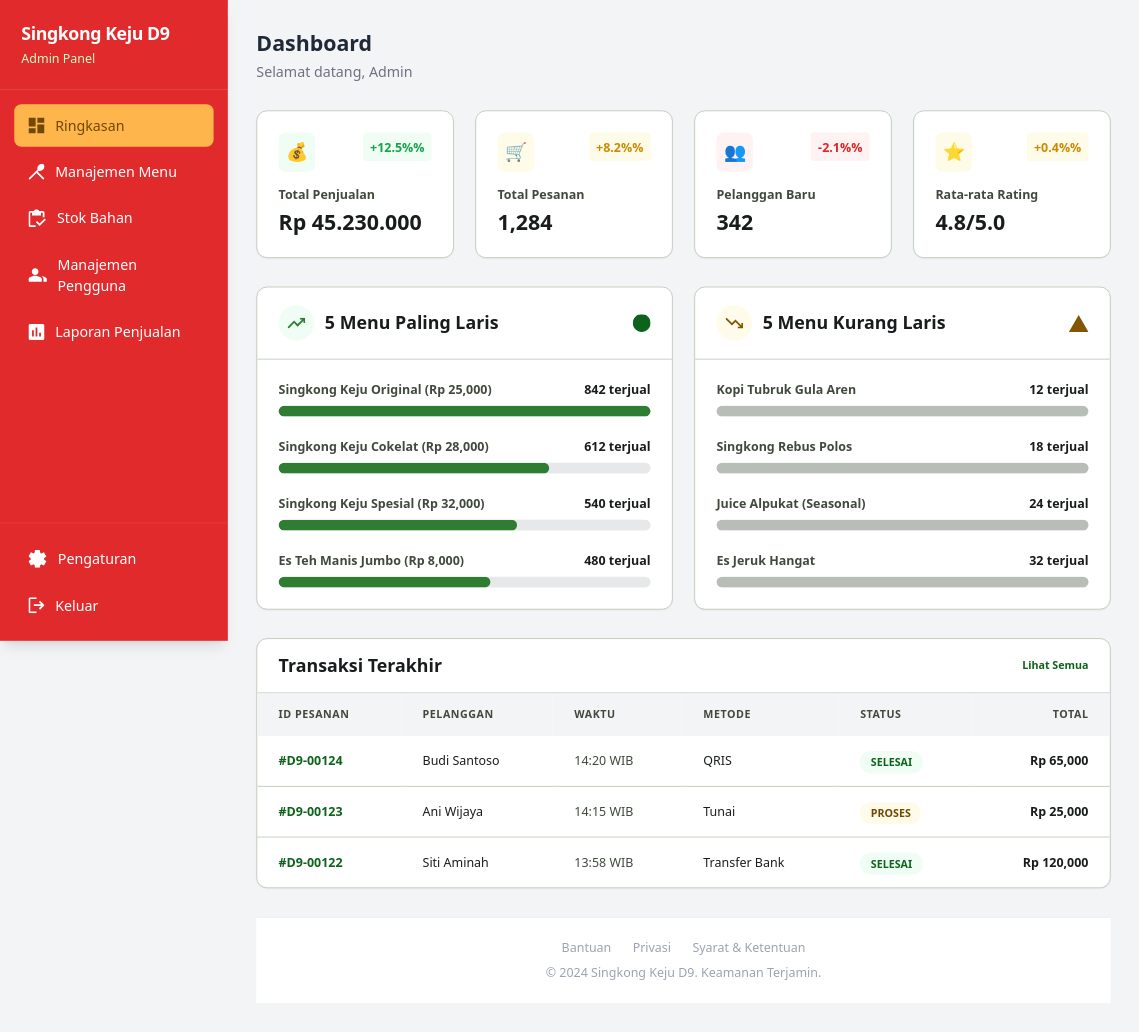
Repository: Warfail/restoran-frontend
Page: /admin
These files come from the project's save history. The page is drawn as it stood at one moment and after a run of saves; the edit follows.
The browser window is 1280 px wide. The pictures show the whole page, at 89% of full size.
The project was rebuilt for these pictures with package versions that can differ from the ones it lists, and the page was loaded fresh each time. Also part of the build but not shown: vite.config.js, src/pages/LoginPage.jsx, src/pages/SalesReportPage.jsx, src/pages/UserListPage.jsx, src/pages/UserManagementpage.jsx.

Above is the page before, as saved 2026-06-15 19:04:45.

### index.html
<!doctype html>
<html lang="en">
  <head>
    <meta charset="UTF-8" />
    <link rel="icon" type="image/svg+xml" href="/favicon.svg" />
    <meta name="viewport" content="width=device-width, initial-scale=1.0" />
    <title>restorant-frontend-update</title>
  </head>
  <body>
    <div id="root"></div>
    <script type="module" src="/src/main.jsx"></script>
  </body>
</html>

### src/App.jsx
import { BrowserRouter, Routes, Route, Navigate } from "react-router-dom";
import LoginPage from "./pages/LoginPage";
import AdminDashboard from "./pages/AdminDashboard";
import SalesReportPage from "./pages/SalesReportPage";
import UserListPage from "./pages/UserListPage";
import UserManagementPage from "./pages/UserManagementPage";

function App() {
  return (
    <BrowserRouter>
      <Routes>
        <Route path="/login" element={<LoginPage />} />
        <Route path="/admin" element={<AdminDashboard />} />
        <Route path="/reports" element={<SalesReportPage />} />
        <Route path="/users" element={<UserListPage />} />
        <Route path="/users/add" element={<UserManagementPage />} />
        <Route path="/" element={<Navigate to="/login" />} />
      </Routes>
    </BrowserRouter>
  );
}

export default App;

### src/pages/AdminDashboard.jsx
import { useState, useEffect } from "react";
import { useNavigate } from "react-router-dom";
import Sidebar from "../components/admin/Sidebar";
import StatsCard from "../components/admin/StatsCard";
import TopMenuList from "../components/admin/TopMenuList";
import BottomMenuList from "../components/admin/BottomMenuList";
import RecentOrdersTable from "../components/admin/RecentOrdersTable";
import Footer from "../components/admin/Footer";

export default function AdminDashboard() {
  const navigate = useNavigate();
  const [loading, setLoading] = useState(true);
  const [stats, setStats] = useState([]);
  const [topMenus, setTopMenus] = useState([]);
  const [bottomMenus, setBottomMenus] = useState([]);
  const [recentOrders, setRecentOrders] = useState([]);

  useEffect(() => {
    setTimeout(() => {
      setStats([
        { title: "Total Penjualan", value: "Rp 45.230.000", icon: "💰", growth: "+12.5%", bgColor: "bg-green-50", iconColor: "text-green-600" },
        { title: "Total Pesanan", value: "1,284", icon: "🛒", growth: "+8.2%", bgColor: "bg-yellow-50", iconColor: "text-yellow-600" },
        { title: "Pelanggan Baru", value: "342", icon: "👥", growth: "-2.1%", bgColor: "bg-red-50", iconColor: "text-red-600" },
        { title: "Rata-rata Rating", value: "4.8/5.0", icon: "⭐", growth: "+0.4%", bgColor: "bg-yellow-50", iconColor: "text-yellow-600" }
      ]);

      setTopMenus([
        { name: "Singkong Keju Original", price: 25000, sold: 842 },
        { name: "Singkong Keju Cokelat", price: 28000, sold: 612 },
        { name: "Singkong Keju Spesial", price: 32000, sold: 540 },
        { name: "Es Teh Manis Jumbo", price: 8000, sold: 480 }
      ]);

      setBottomMenus([
        { name: "Kopi Tubruk Gula Aren", sold: 12 },
        { name: "Singkong Rebus Polos", sold: 18 },
        { name: "Juice Alpukat (Seasonal)", sold: 24 },
        { name: "Es Jeruk Hangat", sold: 32 }
      ]);

      setRecentOrders([
        { id: "#D9-00124", customer: "Budi Santoso", time: "14:20 WIB", method: "QRIS", status: "SELESAI", total: 65000 },
        { id: "#D9-00123", customer: "Ani Wijaya", time: "14:15 WIB", method: "Tunai", status: "PROSES", total: 25000 },
        { id: "#D9-00122", customer: "Siti Aminah", time: "13:58 WIB", method: "Transfer Bank", status: "SELESAI", total: 120000 }
      ]);

      setLoading(false);
    }, 500);
  }, []);

  if (loading) {
    return (
      <div className="min-h-screen flex items-center justify-center bg-gray-100">
        <div className="text-center">
          <div className="w-16 h-16 border-4 border-orange-500 border-t-transparent rounded-full animate-spin mx-auto mb-4"></div>
          <p className="text-gray-600">Loading dashboard...</p>
        </div>
      </div>
    );
  }

  return (
    <div className="min-h-screen bg-gray-100">
      <Sidebar />
      <main className="ml-64 p-8">
        <div className="mb-8">
          <h1 className="text-2xl font-bold text-gray-800">Dashboard</h1>
          <p className="text-gray-500 mt-1">Selamat datang, Admin</p>
        </div>

        <div className="grid grid-cols-1 md:grid-cols-2 lg:grid-cols-4 gap-6 mb-8">
          {stats.map((stat, idx) => (
            <StatsCard key={idx} {...stat} />
          ))}
        </div>

        <div className="grid grid-cols-1 lg:grid-cols-2 gap-6 mb-8">
          <TopMenuList menus={topMenus} />
          <BottomMenuList menus={bottomMenus} />
        </div>

        <RecentOrdersTable orders={recentOrders} />
        <Footer />
      </main>
    </div>
  );
}

### src/components/admin/Sidebar.jsx
import { useNavigate } from "react-router-dom";

export default function Sidebar() {
  const navigate = useNavigate();

  const handleLogout = () => {
    localStorage.removeItem("token");
    localStorage.removeItem("role");
    navigate("/login");
  };

  return (
    <aside className="fixed left-0 top-0 w-64 h-full bg-[#E12A2C] shadow-lg z-10">
      <div className="p-6 border-b border-white/10">
        <h2 className="text-xl font-extrabold text-white tracking-tight">Singkong Keju D9</h2>
        <p className="text-[#CBFFC2] text-sm mt-1 font-koulen">Admin Panel</p>
      </div>

      <nav className="p-4 space-y-1">
        <a href="#" className="flex items-center gap-3 px-4 py-3 bg-[#FEB64C] text-[#704800] rounded-lg font-medium">
          <svg width="18" height="18" viewBox="0 0 18 18" fill="none">
            <path d="M10 6V0H18V6H10ZM0 10V0H8V10H0ZM10 18V8H18V18H10ZM0 18V12H8V18H0Z" fill="#704800"/>
          </svg>
          Ringkasan
        </a>

        <a href="#" className="flex items-center gap-3 px-4 py-3 text-white hover:bg-white/10 rounded-lg transition">
          <svg width="18" height="18" viewBox="0 0 18 18" fill="white">
            <path d="M1.4 18L0 16.6L10.25 6.35C9.95 5.65 9.90833 4.85833 10.125 3.975C10.3417 3.09167 10.8167 2.3 11.55 1.6C12.4333 0.716667 13.4167 0.2 14.5 0.05C15.5833 -0.1 16.4667 0.166667 17.15 0.85C17.8333 1.53333 18.1 2.41667 17.95 3.5C17.8 4.58333 17.2833 5.56667 16.4 6.45C15.7 7.18333 14.9083 7.65833 14.025 7.875C13.1417 8.09167 12.35 8.05 11.65 7.75L10.4 9L18 16.6L16.6 18L9 10.45L1.4 18Z"/>
          </svg>
          Manajemen Menu
        </a>

        <a href="#" className="flex items-center gap-3 px-4 py-3 text-white hover:bg-white/10 rounded-lg transition">
          <svg width="20" height="20" viewBox="0 0 20 20" fill="white">
            <path d="M12.5 18.925L8.25 14.675L9.65 13.275L12.5 16.125L18.15 10.475L19.55 11.875L12.5 18.925Z"/>
            <path d="M18 9H16V4H14V7H4V4H2V18H8V20H2C1.45 20 0.979167 19.8042 0.5875 19.4125C0.195833 19.0208 0 18.55 0 18V4C0 3.45 0.195833 2.97917 0.5875 2.5875C0.979167 2.19583 1.45 2 2 2H6.175C6.35833 1.41667 6.71667 0.9375 7.25 0.5625C7.78333 0.1875 8.36667 0 9 0C9.66667 0 10.2625 0.1875 10.7875 0.5625C11.3125 0.9375 11.6667 1.41667 11.85 2H16C16.55 2 17.0208 2.19583 17.4125 2.5875C17.8042 2.97917 18 3.45 18 4V9Z"/>
          </svg>
          Stok Bahan
        </a>

        <a href="#" className="flex items-center gap-3 px-4 py-3 text-white hover:bg-white/10 rounded-lg transition">
          <svg width="22" height="16" viewBox="0 0 22 16" fill="white">
            <path d="M0 16V13.2C0 12.6333 0.145833 12.1125 0.4375 11.6375C0.729167 11.1625 1.11667 10.8 1.6 10.55C2.63333 10.0333 3.68333 9.64583 4.75 9.3875C5.81667 9.12917 6.9 9 8 9C9.1 9 10.1833 9.12917 11.25 9.3875C12.3167 9.64583 13.3667 10.0333 14.4 10.55C14.8833 10.8 15.2708 11.1625 15.5625 11.6375C15.8542 12.1125 16 12.6333 16 13.2V16H0Z"/>
            <path d="M18 16V13C18 12.2667 17.7958 11.5625 17.3875 10.8875C16.9792 10.2125 16.4 9.63333 15.65 9.15C16.5 9.25 17.3 9.42083 18.05 9.6625C18.8 9.90417 19.5 10.2 20.15 10.55C20.75 10.8833 21.2083 11.2542 21.525 11.6625C21.8417 12.0708 22 12.5167 22 13V16H18Z"/>
            <path d="M8 8C6.9 8 5.95833 7.60833 5.175 6.825C4.39167 6.04167 4 5.1 4 4C4 2.9 4.39167 1.95833 5.175 1.175C5.95833 0.391667 6.9 0 8 0C9.1 0 10.0417 0.391667 10.825 1.175C11.6083 1.95833 12 2.9 12 4C12 5.1 11.6083 6.04167 10.825 6.825C10.0417 7.60833 9.1 8 8 8Z"/>
          </svg>
          Manajemen Pengguna
        </a>

        <a href="#" className="flex items-center gap-3 px-4 py-3 text-white hover:bg-white/10 rounded-lg transition">
          <svg width="18" height="18" viewBox="0 0 18 18" fill="white">
            <path d="M4 14H6V7H4V14ZM8 14H10V4H8V14ZM12 14H14V10H12V14ZM2 18C1.45 18 0.979167 17.8042 0.5875 17.4125C0.195833 17.0208 0 16.55 0 16V2C0 1.45 0.195833 0.979167 0.5875 0.5875C0.979167 0.195833 1.45 0 2 0H16C16.55 0 17.0208 0.195833 17.4125 0.5875C17.8042 0.979167 18 1.45 18 2V16C18 16.55 17.8042 17.0208 17.4125 17.4125C17.0208 17.8042 16.55 18 16 18H2Z"/>
          </svg>
          Laporan Penjualan
        </a>
      </nav>

      <div className="absolute bottom-0 left-0 right-0 p-4 border-t border-white/10">
        <button className="flex items-center gap-3 px-4 py-3 text-white hover:bg-white/10 rounded-lg w-full transition">
          <svg width="21" height="20" viewBox="0 0 21 20" fill="white">
            <path d="M7.3 20L6.9 16.8C6.68333 16.7167 6.47917 16.6167 6.2875 16.5C6.09583 16.3833 5.90833 16.2583 5.725 16.125L2.75 17.375L0 12.625L2.575 10.675C2.55833 10.5583 2.55 10.4458 2.55 10.3375C2.55 10.2292 2.55 10.1167 2.55 10C2.55 9.88333 2.55 9.77083 2.55 9.6625C2.55 9.55417 2.55833 9.44167 2.575 9.325L0 7.375L2.75 2.625L5.725 3.875C5.90833 3.74167 6.1 3.61667 6.3 3.5C6.5 3.38333 6.7 3.28333 6.9 3.2L7.3 0H12.8L13.2 3.2C13.4167 3.28333 13.6208 3.38333 13.8125 3.5C14.0042 3.61667 14.1917 3.74167 14.375 3.875L17.35 2.625L20.1 7.375L17.525 9.325C17.5417 9.44167 17.55 9.55417 17.55 9.6625C17.55 9.77083 17.55 9.88333 17.55 10C17.55 10.1167 17.55 10.2292 17.55 10.3375C17.55 10.4458 17.5333 10.5583 17.5 10.675L20.075 12.625L17.325 17.375L14.375 16.125C14.1917 16.2583 14 16.3833 13.8 16.5C13.6 16.6167 13.4 16.7167 13.2 16.8L12.8 20H7.3Z"/>
          </svg>
          Pengaturan
        </button>

        <button
          onClick={handleLogout}
          className="flex items-center gap-3 px-4 py-3 text-white hover:bg-white/10 rounded-lg w-full mt-1 transition"
        >
          <svg width="18" height="18" viewBox="0 0 18 18" fill="white">
            <path d="M2 18C1.45 18 0.979167 17.8042 0.5875 17.4125C0.195833 17.0208 0 16.55 0 16V2C0 1.45 0.195833 0.979167 0.5875 0.5875C0.979167 0.195833 1.45 0 2 0H9V2H2V16H9V18H2ZM13 14L11.625 12.55L14.175 10H6V8H14.175L11.625 5.45L13 4L18 9L13 14Z"/>
          </svg>
          Keluar
        </button>
      </div>
    </aside>
  );
}

### src/components/admin/StatsCard.jsx
export default function StatsCard({ title, value, icon, growth, bgColor, iconColor }) {
  const isPositive = growth >= 0;

  return (
    <div className="bg-white p-6 rounded-xl border border-[#BFCABA] shadow-sm">
      <div className="flex justify-between items-start">
        <div className={`p-2 rounded-lg ${bgColor}`}>
          <span className="text-xl">{icon}</span>
        </div>
        <div className={`px-2 py-1 rounded ${bgColor}`}>
          <span className={`text-sm font-bold ${iconColor}`}>
            {isPositive ? "+" : ""}{growth}%
          </span>
        </div>
      </div>
      <div className="mt-4">
        <p className="text-[#40493D] text-sm font-semibold">{title}</p>
        <p className="text-[#191C1D] text-2xl font-bold mt-1">{value}</p>
      </div>
    </div>
  );
}

### src/components/admin/TopMenuList.jsx
export default function TopMenuList({ menus }) {
  return (
    <div className="bg-white rounded-xl border border-[#BFCABA] shadow-sm overflow-hidden">
      <div className="px-6 py-5 border-b border-[#BFCABA] flex justify-between items-center">
        <div className="flex items-center gap-3">
          <div className="w-10 h-10 rounded-full bg-green-50 flex items-center justify-center">
            <svg width="20" height="12" viewBox="0 0 20 12" fill="none">
              <path d="M1.4 12L0 10.6L7.4 3.15L11.4 7.15L16.6 2H14V0H20V6H18V3.4L11.4 10L7.4 6L1.4 12Z" fill="#2E7D32"/>
            </svg>
          </div>
          <h3 className="text-xl font-semibold text-[#191C1D]">5 Menu Paling Laris</h3>
        </div>
        <svg width="20" height="20" viewBox="0 0 20 20" fill="none">
          <path d="M8.6 14.6L15.65 7.55L14.25 6.15L8.6 11.8L5.75 8.95L4.35 10.35L8.6 14.6Z" fill="#0D631B"/>
          <path d="M10 20C8.61667 20 7.31667 19.7375 6.1 19.2125C4.88333 18.6875 3.825 17.975 2.925 17.075C2.025 16.175 1.3125 15.1167 0.7875 13.9C0.2625 12.6833 0 11.3833 0 10C0 8.61667 0.2625 7.31667 0.7875 6.1C1.3125 4.88333 2.025 3.825 2.925 2.925C3.825 2.025 4.88333 1.3125 6.1 0.7875C7.31667 0.2625 8.61667 0 10 0C11.3833 0 12.6833 0.2625 13.9 0.7875C15.1167 1.3125 16.175 2.025 17.075 2.925C17.975 3.825 18.6875 4.88333 19.2125 6.1C19.7375 7.31667 20 8.61667 20 10C20 11.3833 19.7375 12.6833 19.2125 13.9C18.6875 15.1167 17.975 16.175 17.075 17.075C16.175 17.975 15.1167 18.6875 13.9 19.2125C12.6833 19.7375 11.3833 20 10 20Z" fill="#0D631B"/>
        </svg>
      </div>
      <div className="p-6 space-y-6">
        {menus.map((menu, idx) => {
          const maxSold = menus[0]?.sold || 1;
          const percentage = (menu.sold / maxSold) * 100;
          return (
            <div key={idx} className="space-y-2">
              <div className="flex justify-between items-center">
                <span className="text-[#40493D] font-semibold text-sm">
                  {menu.name} {menu.price && `(Rp ${menu.price.toLocaleString()})`}
                </span>
                <span className="text-[#191C1D] font-bold text-sm">{menu.sold} terjual</span>
              </div>
              <div className="h-3 bg-[#E7E8E9] rounded-full overflow-hidden">
                <div className="h-full bg-[#2E7D32] rounded-full" style={{ width: `${percentage}%` }}></div>
              </div>
            </div>
          );
        })}
      </div>
    </div>
  );
}

### src/components/admin/BottomMenuList.jsx
export default function BottomMenuList({ menus }) {
  const maxSold = menus[0]?.sold || 1;

  return (
    <div className="bg-white rounded-xl border border-[#BFCABA] shadow-sm overflow-hidden">
      <div className="px-6 py-5 border-b border-[#BFCABA] flex justify-between items-center">
        <div className="flex items-center gap-3">
          <div className="w-10 h-10 rounded-full bg-amber-50 flex items-center justify-center">
            <svg width="20" height="12" viewBox="0 0 20 12" fill="none">
              <path d="M14 12V10H16.6L11.4 4.85L7.4 8.85L0 1.4L1.4 0L7.4 6L11.4 2L18 8.6V6H20V12H14Z" fill="#835500"/>
            </svg>
          </div>
          <h3 className="text-xl font-semibold text-[#191C1D]">5 Menu Kurang Laris</h3>
        </div>
        <svg width="22" height="19" viewBox="0 0 22 19" fill="none">
          <path d="M0 19L11 0L22 19H0Z" fill="#835500"/>
          <path d="M11 16C11.2833 16 11.5208 15.9042 11.7125 15.7125C11.9042 15.5208 12 15.2833 12 15C12 14.7167 11.9042 14.4792 11.7125 14.2875C11.5208 14.0958 11.2833 14 11 14C10.7167 14 10.4792 14.0958 10.2875 14.2875C10.0958 14.4792 10 14.7167 10 15C10 15.2833 10.0958 15.5208 10.2875 15.7125C10.4792 15.9042 10.7167 16 11 16Z" fill="#835500"/>
          <path d="M10 13H12V8H10V13Z" fill="#835500"/>
        </svg>
      </div>
      <div className="p-6 space-y-6">
        {menus.map((menu, idx) => {
          const percentage = (menu.sold / maxSold) * 100;
          return (
            <div key={idx} className="space-y-2">
              <div className="flex justify-between items-center">
                <span className="text-[#40493D] font-semibold text-sm">{menu.name}</span>
                <span className="text-[#191C1D] font-bold text-sm">{menu.sold} terjual</span>
              </div>
              <div className="h-3 bg-[#E7E8E9] rounded-full overflow-hidden">
                <div className="h-full bg-[#707A6C] opacity-40 rounded-full" style={{ width: `${percentage}%` }}></div>
              </div>
            </div>
          );
        })}
      </div>
    </div>
  );
}

### src/components/admin/RecentOrdersTable.jsx
export default function RecentOrdersTable({ orders }) {
  const getStatusBadge = (status) => {
    if (status === "SELESAI") {
      return <span className="px-3 py-1 rounded-full bg-green-50 text-[#0D631B] text-xs font-bold uppercase">SELESAI</span>;
    }
    return <span className="px-3 py-1 rounded-full bg-amber-50 text-[#704800] text-xs font-bold uppercase">PROSES</span>;
  };

  return (
    <div className="bg-white rounded-xl border border-[#BFCABA] shadow-sm overflow-hidden">
      <div className="px-6 py-4 border-b border-[#BFCABA] flex justify-between items-center">
        <h3 className="text-xl font-semibold text-[#191C1D]">Transaksi Terakhir</h3>
        <button className="text-[#0D631B] text-xs font-bold">Lihat Semua</button>
      </div>
      <div className="overflow-x-auto">
        <table className="w-full">
          <thead className="bg-[#F3F4F5]">
            <tr>
              <th className="px-6 py-4 text-left text-[#40493D] text-xs font-bold uppercase tracking-wider">ID PESANAN</th>
              <th className="px-6 py-4 text-left text-[#40493D] text-xs font-bold uppercase tracking-wider">PELANGGAN</th>
              <th className="px-6 py-4 text-left text-[#40493D] text-xs font-bold uppercase tracking-wider">WAKTU</th>
              <th className="px-6 py-4 text-left text-[#40493D] text-xs font-bold uppercase tracking-wider">METODE</th>
              <th className="px-6 py-4 text-left text-[#40493D] text-xs font-bold uppercase tracking-wider">STATUS</th>
              <th className="px-6 py-4 text-right text-[#40493D] text-xs font-bold uppercase tracking-wider">TOTAL</th>
             </tr>
          </thead>
          <tbody className="divide-y divide-[#BFCABA]">
            {orders.map((order, idx) => (
              <tr key={idx} className="hover:bg-gray-50">
                <td className="px-6 py-4 text-[#0D631B] font-bold text-sm">{order.id}</td>
                <td className="px-6 py-4 text-[#191C1D] text-sm">{order.customer}</td>
                <td className="px-6 py-4 text-[#40493D] text-sm">{order.time}</td>
                <td className="px-6 py-4 text-[#191C1D] text-sm">{order.method}</td>
                <td className="px-6 py-4">{getStatusBadge(order.status)}</td>
                <td className="px-6 py-4 text-right text-[#191C1D] font-bold text-sm">Rp {order.total.toLocaleString()}</td>
               </tr>
            ))}
          </tbody>
        </table>
      </div>
    </div>
  );
}

### src/components/admin/Footer.jsx
export default function Footer() {
  return (
    <footer className="py-6 text-center text-gray-400 text-sm border-t bg-white mt-8">
      <div className="flex justify-center gap-6 mb-2">
        <a href="#" className="hover:text-orange-500 transition">Bantuan</a>
        <a href="#" className="hover:text-orange-500 transition">Privasi</a>
        <a href="#" className="hover:text-orange-500 transition">Syarat & Ketentuan</a>
      </div>
      <p>© 2024 Singkong Keju D9. Keamanan Terjamin.</p>
    </footer>
  );
}

Loaded but not shown: src/main.jsx (common file); src/index.css (common file); tailwind.config.js (common file)

After the next 5 saves:
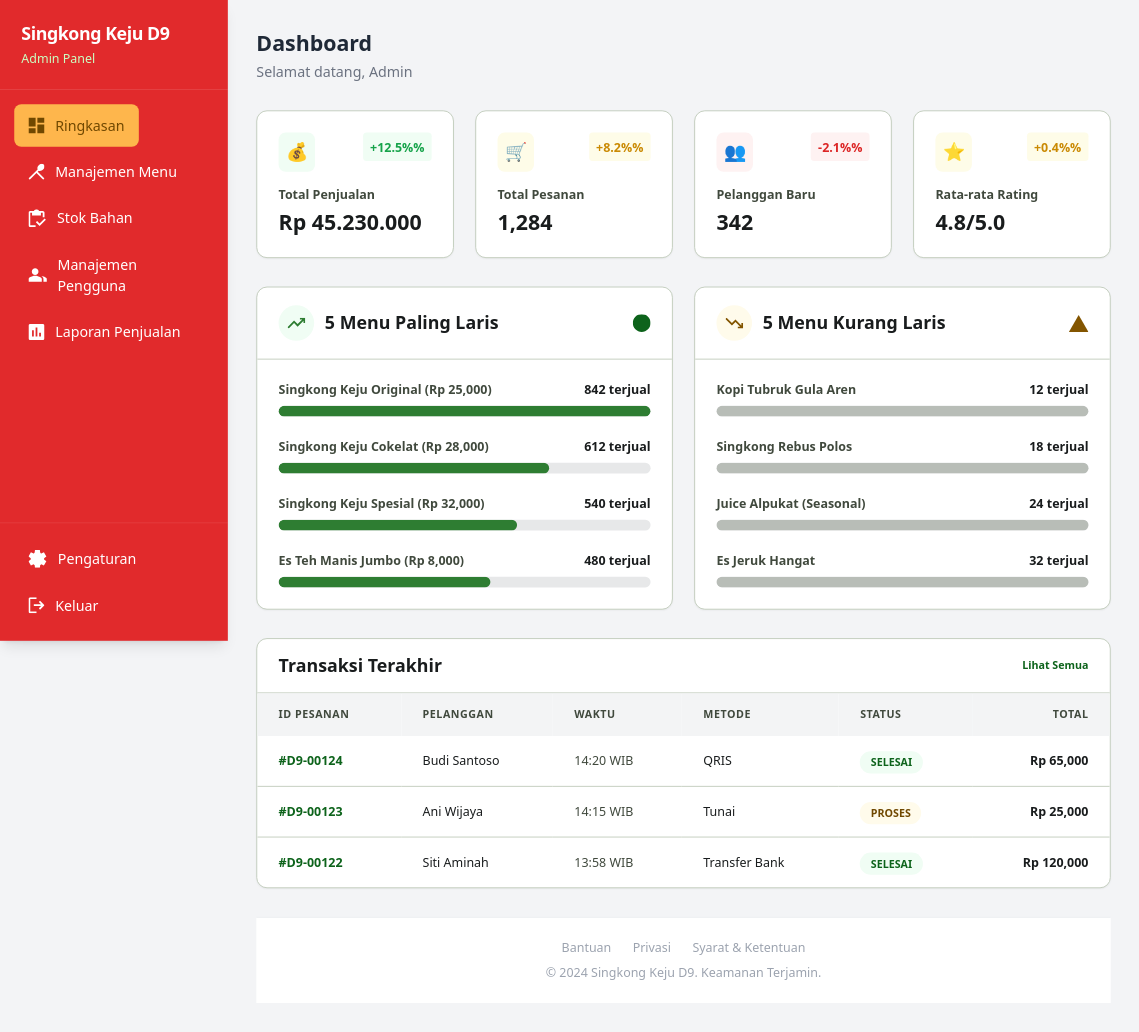
The 5 saves are shown as one change because they came seconds apart.
The last was saved 2 min 58 s later.
--- a/src/components/admin/Sidebar.jsx
+++ b/src/components/admin/Sidebar.jsx
@@ -17,12 +17,12 @@ export default function Sidebar() {
       </div>
 
       <nav className="p-4 space-y-1">
-        <a href="#" className="flex items-center gap-3 px-4 py-3 bg-[#FEB64C] text-[#704800] rounded-lg font-medium">
+        <button onCl href="#" className="flex items-center gap-3 px-4 py-3 bg-[#FEB64C] text-[#704800] rounded-lg font-medium">
           <svg width="18" height="18" viewBox="0 0 18 18" fill="none">
             <path d="M10 6V0H18V6H10ZM0 10V0H8V10H0ZM10 18V8H18V18H10ZM0 18V12H8V18H0Z" fill="#704800"/>
           </svg>
           Ringkasan
-        </a>
+        </button>
 
         <a href="#" className="flex items-center gap-3 px-4 py-3 text-white hover:bg-white/10 rounded-lg transition">
           <svg width="18" height="18" viewBox="0 0 18 18" fill="white">
